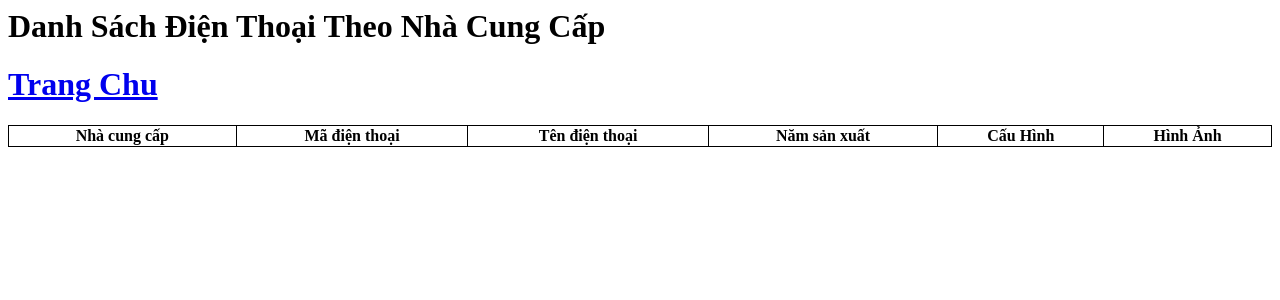
Repository: ducvu2414/WWW_OnGK
Page: http://localhost/Bai1/DanhSachDienThoaiNCC
These files come from the project's save history. The page is drawn as it stood at one moment and after the next save; the edit follows.
The browser window is 1280 px wide. The pictures show the whole page.
The page is served by Tomcat 10. Queries for data that is not in the repository find no rows.

Above is the page before, as saved 2024-10-05 05:42:48.

After the next save:
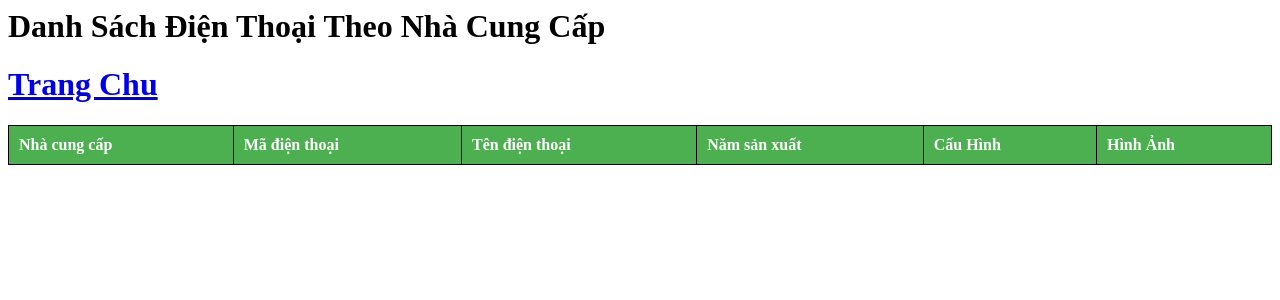
Saved 9 s later.
--- a/Bai1/src/main/webapp/DanhSachDienThoaiNCC.jsp
+++ b/Bai1/src/main/webapp/DanhSachDienThoaiNCC.jsp
@@ -15,6 +15,16 @@ table {
 
 table, th, td {
 	border: 1px solid black;
+}
+
+th, td {
+	padding: 10px;
+	text-align: left;
+}
+
+th {
+	background-color: #4CAF50;
+	color: white;
 }
 </style>
 </head>
